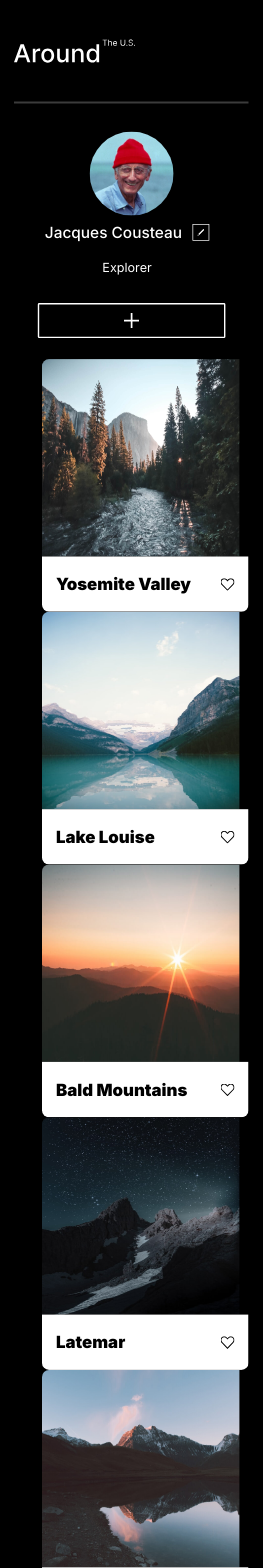
Repository: luisbaezx/se_project_aroundtheus
Page: index.html
These files come from the project's save history. The page is drawn as it stood at one moment and after the next save; the edit follows.
The browser window is 375 px wide. The pictures show the part of the page from y = 0 to 2240 px (the page is 2797 px tall before and 2765 px after), at 70% of full size.

Above is the page before, as saved 2024-05-30 17:52:10.

After the next save:
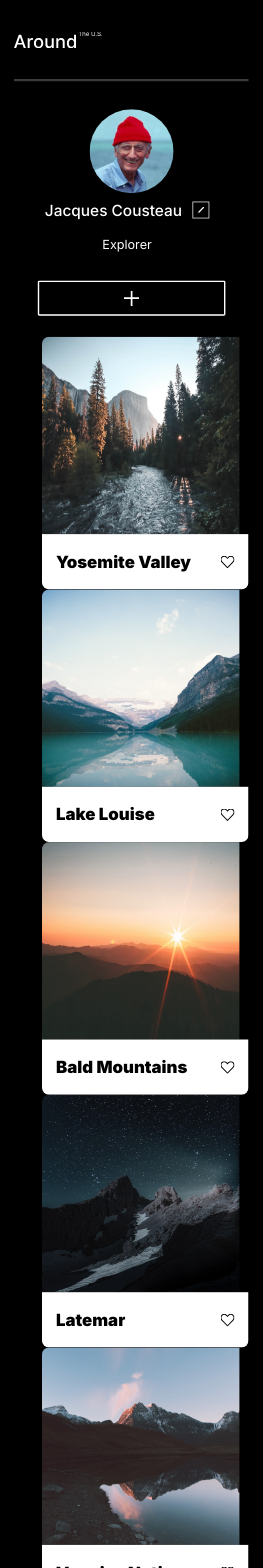
Saved 57 s later.
--- a/blocks/header.css
+++ b/blocks/header.css
@@ -11,6 +11,10 @@
   transition: opacity 0.3s ease;
 }
 @media screen and (max-width: 450px) {
+
+
   .header__image {
-    height: 56px;
+    width: 126px;
+    height: 24px;
+
   }
